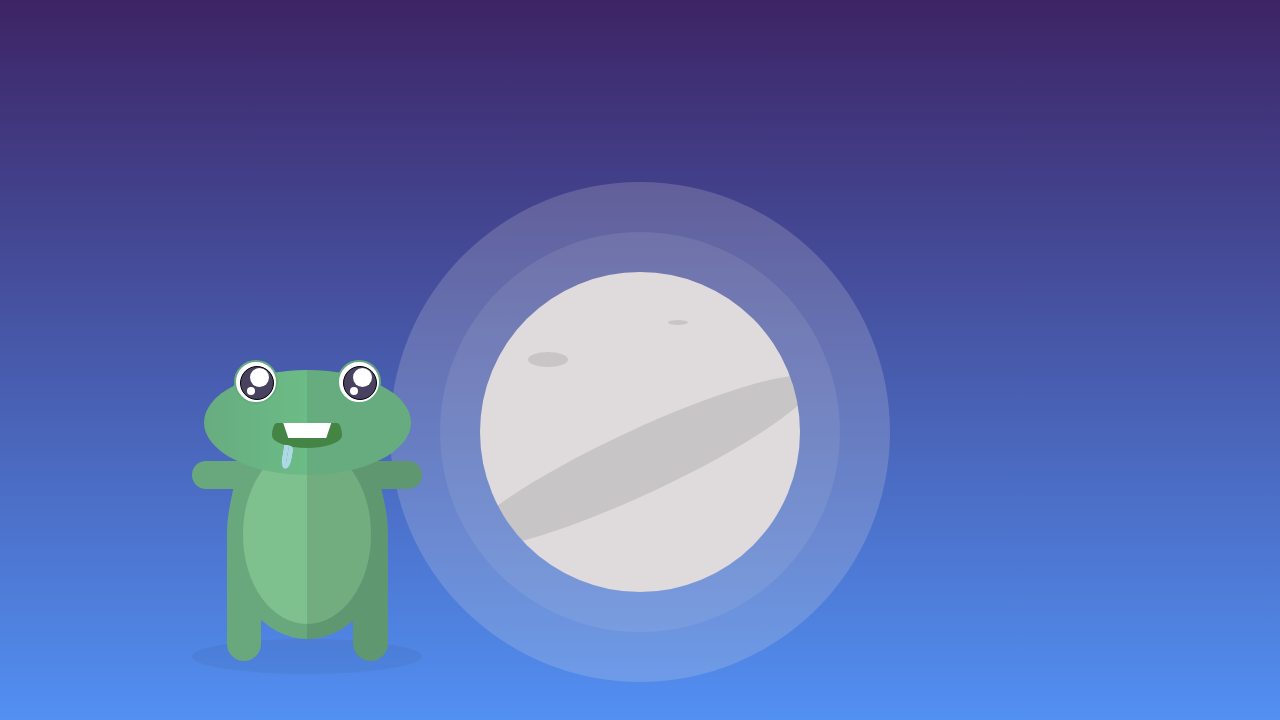
Repository: celinakhalife/cssCharacterDesign
Page: /
An editor plug-in stored every save of this project. The page is shown before and after the next save, followed by the edit.
The browser window is 1280 px wide. The pictures show the whole page.
The project was rebuilt for these pictures with package versions that can differ from the ones it lists, and the page was loaded fresh each time. Also part of the build but not shown: angular.json.

Above is the page before, as saved 2018-10-21 13:25:51.

### src/index.html
<!doctype html>
<html lang="en">
<head>
  <meta charset="utf-8">
  <title>AnimalKingdom</title>
  <base href="/">

  <meta name="viewport" content="width=device-width, initial-scale=1">
  <link rel="icon" type="image/x-icon" href="favicon.ico">
</head>
<body>
  <app-root></app-root>
</body>
</html>

### src/styles.scss
/* You can add global styles to this file, and also import other style files */
body, html{
    width:100%;
    height: 100%;
    padding:0;
    margin:0;
}

### src/app/app.component.ts
import { Component } from '@angular/core';

@Component({
  selector: 'app-root',
  templateUrl: './app.component.html',
  styleUrls: ['./app.component.scss']
})
export class AppComponent {
  title = 'animalKingdom';
}

### src/app/alien/alien.component.ts
import { Component, OnInit } from '@angular/core';

@Component({
  selector: 'app-alien',
  templateUrl: './alien.component.html',
  styleUrls: ['./alien.component.scss']
})
export class AlienComponent implements OnInit {

  constructor() { }

  ngOnInit() {
  }

}

### src/app/app.component.html
<div class="background">
  <div class="planet">
    <div class="circle-2">
      <div class="circle-1">
        <div class="hole hole-1"></div>
        <div class="hole hole-2"></div>
        <div class="strip"></div>
      </div>
    </div>

  </div>

  <div class="land"></div>
</div>

<app-alien></app-alien>

### src/app/app.component.scss
.background {
  background: rgb(61, 36, 101); /* Old browsers */
  background: -moz-linear-gradient(
    top,
    rgba(61, 36, 101, 1) 0%,
    rgba(82, 144, 242, 1) 100%
  ); /* FF3.6-15 */
  background: -webkit-linear-gradient(
    top,
    rgba(61, 36, 101, 1) 0%,
    rgba(82, 144, 242, 1) 100%
  ); /* Chrome10-25,Safari5.1-6 */
  background: linear-gradient(
    to bottom,
    rgba(61, 36, 101, 1) 0%,
    rgba(82, 144, 242, 1) 100%
  ); /* W3C, IE10+, FF16+, Chrome26+, Opera12+, Safari7+ */
  filter: progid:DXImageTransform.Microsoft.gradient( startColorstr='#3d2465', endColorstr='#5290f2',GradientType=0 ); /* IE6-9 */
  width: 100%;
  height: 100%;
  overflow: hidden;
  position: relative;

  .planet {
    width: 80vw;
    height: 80vw;
    max-width: 500px;
    max-height: 500px;
    background-color: rgba(223, 219, 220, 0.2);
    border-radius: 50%;
    position: absolute;
    top: 60%;
    left: 50%;
    transform: translate(-50%, -50%);

    .circle-2,
    .circle-1 {
      width: 80%;
      height: 80%;
      border-radius: 50%;
      margin-top: 10%;
      margin-left: 10%;
      display: inline-block;
      position: relative;
      overflow: hidden;
    }

    .circle-2 {
      background-color: rgba(223, 219, 220, 0.1);
      .circle-1 {
        background-color: rgb(223, 219, 220);
        .hole {
          background-color: rgba(0, 0, 0, 0.1);
          border-radius: 50%;
          position: absolute;

          &.hole-1 {
            width: 40px;
            height: 15px;
            top: 25%;
            left: 15%;
          }
          &.hole-2 {
            width: 20px;
            height: 5px;
            top: 15%;
            right: 35%;
          }
        }
        .strip {
          background-color: rgba(0, 0, 0, 0.1);
          position: absolute;
          width: 20%;
          height: 120%;
          left: 100%;
          top: 25%;
          transform: rotate(65deg);
          transform-origin: 0 0;
          border-radius: 50%;
        }
      }
    }
  }
}

### src/app/alien/alien.component.html
<div class="monster">
  <div class="head roundShape">
    <div class="eyes roundShape left">
      <div class="eyeball roundShape">
        <div class="cirleBig roundShape"></div>
        <div class="cirleSmall roundShape"></div>
      </div>
    </div>
    <div class="eyes roundShape right">
      <div class="eyeball roundShape">
        <div class="cirleBig roundShape"></div>
        <div class="cirleSmall roundShape"></div>
      </div>
    </div>
    <div class="mouth">
      <div class="teeth"></div>
      <div class="drool"></div>
    </div>
  </div>
  <div class="body">
    <div class="belly roundShape"></div>
    <div class="darkOverlay"></div>
  </div>
  <div class="hand right"></div>
  <div class="hand left"></div>

  <div class="feet right"></div>
  <div class="feet left"></div>

  <div class="shadow"></div>
</div>

### src/app/alien/alien.component.scss
.roundShape {
  border-radius: 50%;
}

.monster {
  position: absolute;
  left: 15%;
  bottom: 0;
  width: 230px;
  height: 350px;

  .head {
    /* Permalink - use to edit and share this gradient: http://colorzilla.com/gradient-editor/#67ac7f+0,6cbc87+50,67ac7f+50,67ac7f+100 */
    background: rgb(103, 172, 127); /* Old browsers */
    background: -moz-linear-gradient(
      left,
      rgba(103, 172, 127, 1) 0%,
      rgba(108, 188, 135, 1) 50%,
      rgba(103, 172, 127, 1) 50%,
      rgba(103, 172, 127, 1) 100%
    ); /* FF3.6-15 */
    background: -webkit-linear-gradient(
      left,
      rgba(103, 172, 127, 1) 0%,
      rgba(108, 188, 135, 1) 50%,
      rgba(103, 172, 127, 1) 50%,
      rgba(103, 172, 127, 1) 100%
    ); /* Chrome10-25,Safari5.1-6 */
    background: linear-gradient(
      to right,
      rgba(103, 172, 127, 1) 0%,
      rgba(108, 188, 135, 1) 50%,
      rgba(103, 172, 127, 1) 50%,
      rgba(103, 172, 127, 1) 100%
    ); /* W3C, IE10+, FF16+, Chrome26+, Opera12+, Safari7+ */
    filter: progid:DXImageTransform.Microsoft.gradient( startColorstr='#67ac7f', endColorstr='#67ac7f',GradientType=1 ); /* IE6-9 */
    width: 90%;
    margin-left: 5%;
    height: 30%;
    z-index: 2;
    position: relative;
    > .darkOverlay {
      border-radius: 50% / 0 50% 50% 0;
    }
    .eyes {
      position: absolute;
      background: white;
      border: 2px solid #66ab7f;
      top: -10px;
      top: -10%;
      width: 40px;
      height: 40px;

      &.left {
        left: 30px;
      }
      &.right {
        right: 30px;
      }

      .eyeball {
        width: 80%;
        height: 80%;
        background: #484160;
        border: 1px solid black;
        position: absolute;
        top: 10%;
        left: 5%;
        animation: eyesAnimation ease infinite 4s; /* IE 10+, Fx 29+ */

        .cirleBig,
        .cirleSmall {
          background: white;
        }
        .cirleBig {
          width: 60%;
          height: 60%;
          margin: 5% 0% 0% 10%;
          animation: eyesCircleBigAnimation ease infinite 4s; /* IE 10+, Fx 29+ */
        }
        .cirleSmall {
          width: 25%;
          height: 25%;
          margin: 0 0% 0 45%;
          animation: eyesCircleSmallAnimation ease infinite 4s; /* IE 10+, Fx 29+ */
        }
      }
    }
    .mouth {
      width: 50px;
      height: 5px;
      border-width: 10px;
      border-color: #448444;
      background: #448444;
      border-radius: 5px 5px 50% 50% / 50% 50% 50% 50%;
      border-style: solid;
      position: absolute;
      top: 50%;
      left: 50%;
      transform: translateX(-50%);
      animation: mouthAnimation ease infinite 10s;

      .teeth {
        width: 75%;
        height: 0;
        border-left: 5px solid transparent;
        border-right: 5px solid transparent;
        border-bottom: 1px solid transparent;
        border-top: 15px solid white;
        border-style: solid;
        position: relative;
        top: -10px;
        left: 50%;
        transform: translateX(-50%);
        animation: teethAnimation ease infinite 10s;
      }

      .drool {
        border-color: lightblue;
        border-style: solid;
        width: 0;
        height: 0;
        border-width: 0px 5px 6px 5px;
        position: absolute;
        top: 12px;
        transform: rotate(10deg);
        border-radius: 0% 50% 50% 50% / 20% 20% 50% 50%;
        animation: droolingAnimation ease infinite 10s;
      }
    }
  }
  .body {
    height: 60%;
    margin-top: -20%;
    background: #69a87d;
    width: 70%;
    margin-left: 15%;
    overflow: hidden;
    z-index: 1;
    position: relative;
    border-radius: 50%;

    .darkOverlay {
      background: rgba(0, 0, 0, 0.1);
      width: 50%;
      height: 100%;
      position: absolute;
      left: 50%;
      top: 0;
    }
    .belly {
      width: 80%;
      height: 85%;
      margin: 10% 0 0 10%;
      background: #7fc08f;
      display: inline-block;
    }
  }
  .hand {
    width: 50%;
    background: #69a87d;
    height: 8%;
    border-radius: 20px;
    position: absolute;
    top: 26%;
    z-index: 0;
    &.left {
      left: 0;
    }
    &.right {
      background: #5e9770;
      right: 0;
      animation: helloAnimation ease 0.3s 5; /* IE 10+, Fx 29+ */
    }
  }
  .feet {
    width: 15%;
    background: #69a87d;
    height: 53%;
    position: absolute;
    top: 30%;
    z-index: 0;
    &.left {
      left: 15%;
      border-radius: 50% 50% 20px 20px;
    }
    &.right {
      background: #5e9770;
      right: 15%;
      border-radius: 50% 50% 20px 20px;
    }
  }
  .shadow {
    background: rgba(0, 0, 0, 0.05);
    width: 100%;
    height: 10%;
    border-radius: 50%;
    z-index: 0;
  }
}

@-webkit-keyframes eyesAnimation {
  0% {
    top: 10%;
    left: 5%;
  }
  25% {
    top: 10%;
    left: 10%;
  }
  50% {
    top: 10%;
    left: 5%;
  }
}

@-webkit-keyframes eyesCircleBigAnimation {
  0% {
    margin: 5% 0% 0% 10%;
  }
  25% {
    margin: 5% 0% 0% 30%;
  }
  50% {
    margin: 5% 0% 0% 10%;
  }
}
@-webkit-keyframes eyesCircleSmallAnimation {
  0% {
    margin: 0% 0% 0% 45%;
  }
  25% {
    margin: 0% 0% 0% 20%;
  }
  50% {
    margin: 0% 0% 0% 45%;
  }
}

@-webkit-keyframes droolingAnimation {
  75% {
    height: 20px;
    top: 12px;
  }
  80% {
    height: 0px;
    top: 8px;
  }
  85% {
    top: 12px;
  }
}

@-webkit-keyframes mouthAnimation {
  75% {
    height: 5px;
    border-left-width: 10px;
    border-right-width: 10px;
  }
  80% {
    height: 0;
    border-left-width: 5px;
    border-right-width: 5px;
  }
  85% {
    height: 5px;
    border-left-width: 10px;
    border-right-width: 10px;
  }
}

@-webkit-keyframes teethAnimation {
  75% {
    width: 75%;
  }
  80% {
    width: 70%;
  }
  85% {
    width: 75%;
  }
}

@-webkit-keyframes helloAnimation {
  10% {
    transform: rotate(0deg);
  }
  50% {
    transform: rotate(-15deg);
  }
  100% {
    transform: rotate(0deg);
  }
}

Loaded but not shown: src/main.ts (common file); src/app/app.module.ts (common file); src/environments/environment.ts (common file)

After the next save:
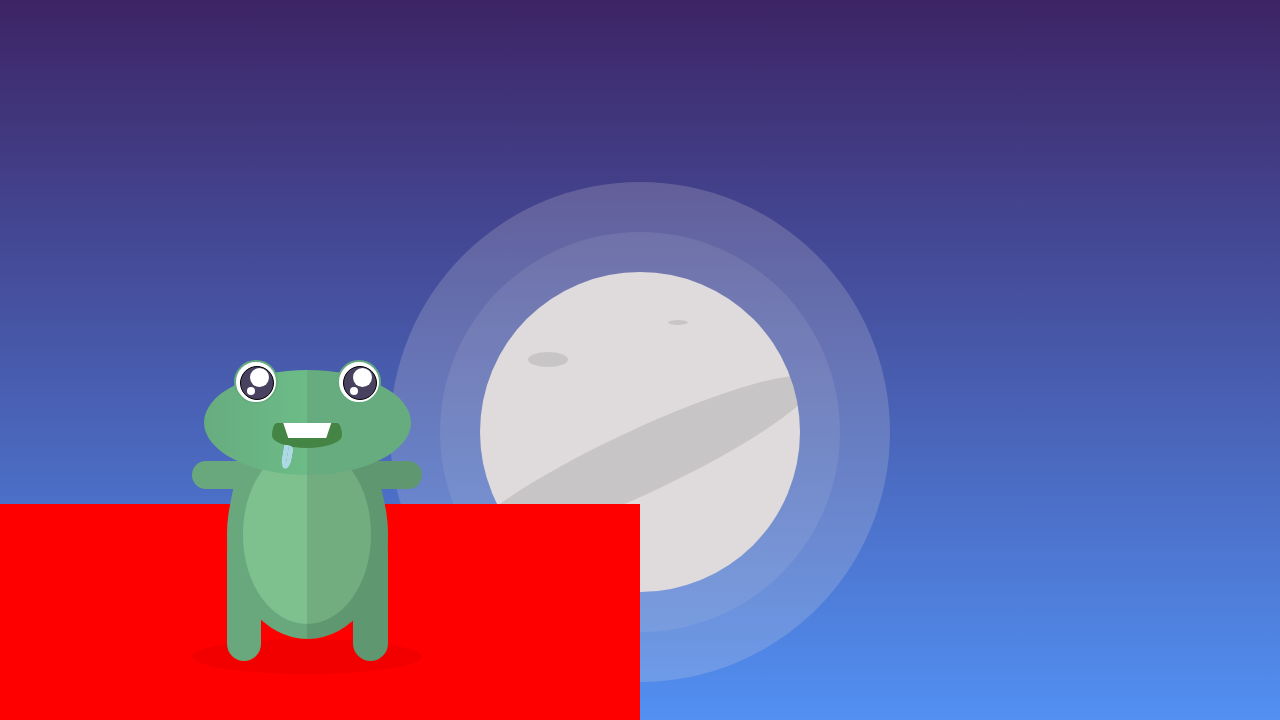
Saved 27 s later.
--- a/src/app/app.component.scss
+++ b/src/app/app.component.scss
@@ -81,4 +81,14 @@
       }
     }
   }
+
+  .land {
+    width: 50%;
+    position: absolute;
+    bottom: 0;
+    height: 30%;
+
+    background-color: red;
+    border-color: red;
+  }
 }
